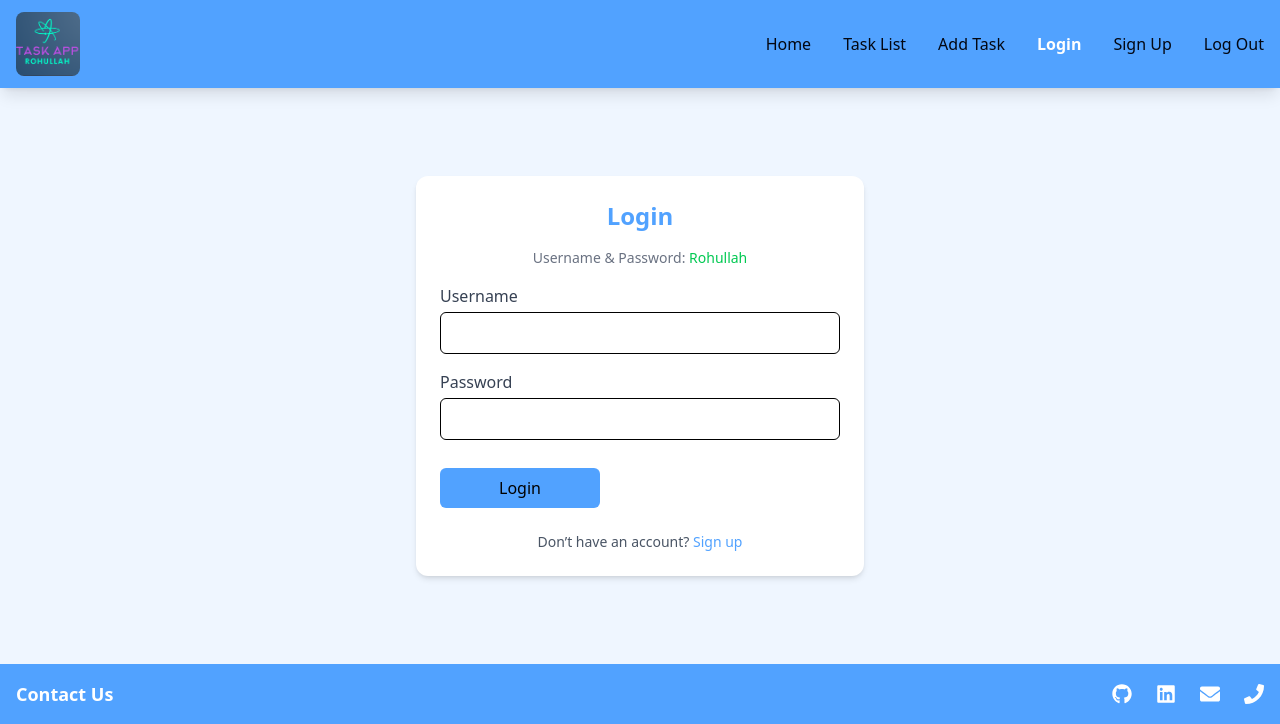
Repository: Rohullah-Noori/TaskApp
Page: /
An editor plug-in stored every save of this project. The page is shown before and after the next save, followed by the edit.
The browser window is 1280 px wide. The pictures show the whole page.
The project was rebuilt for these pictures with package versions that can differ from the ones it lists, and the page was loaded fresh each time. Also part of the build but not shown: vite.config.js, src/components/Loader.jsx, src/pages/Landing.jsx, src/pages/Home.jsx, src/pages/Signup.jsx, src/pages/Addtask.jsx, src/pages/Edittask.jsx, src/pages/Errorpage.jsx and 1 more.

Above is the page before, as saved 2025-06-23 10:52:29.

### src/index.css
@import "tailwindcss";

.input {
  @apply border-3 border-blue-200 focus:outline-blue-500 w-full rounded-md p-1;
}

.containerForm {
  @apply flex items-center justify-center  p-10 h-[90%] bg-blue-100 flex-grow overflow-y-auto;
}
.parentContainerForm {
  @apply max-w-md bg-white p-8 rounded-lg shadow-lg w-[90%];
}

.heading {
  @apply text-xl sm:text-2xl md:text-3xl font-bold mb-6 text-gray-800 text-center p-1 md:p-4;
}

.taskContainer {
  @apply bg-blue-100 lg:h-full min-h-107 justify-center flex;
}
.taskinnerContainer {
  @apply mt-10 text-center h-[90%]  shadow-lg bg-amber-50  rounded-xl p-10  max-w-md w-full;
}

.btndesign {
  @apply mt-3 cursor-pointer rounded-md py-2 mb-2 w-[50%] text-wrap sm:w-40 bg-blue-400  hover:bg-blue-500 hover:text-white;
}

### src/App.jsx
import { TasksProvider } from "./components/TaskContext";
import { BrowserRouter as Router, Routes, Route } from "react-router-dom";
import PrivateRoute from "./components/PrivateRoute";
import { AuthProvider } from "./components/PrivateContext";
import Landing from "./pages/Landing";
import Home from "./pages/Home";
import Login from "./pages/Login";
import Signup from "./pages/Signup";
import Addtask from "./pages/Addtask";
import Edittask from "./pages/Edittask";
import Errorpage from "./pages/Errorpage";
import Logout from "./pages/Logout";

function App() {
  return (
    <>
      <Router>
        <AuthProvider>
          <TasksProvider>
            <Routes>
              <Route path="/" element={<PrivateRoute />}>
                <Route index element={<Landing />} />
                <Route path="/addtask" element={<Addtask />} />
                <Route path="/home" element={<Home />} />
                <Route path="/edit-task/:taskId" element={<Edittask />} />
              </Route>

              <Route path="/login" element={<Login />} />

              <Route path="/signup" element={<Signup />} />
              <Route path="/logout" element={<Logout />} />

              <Route path="/*" element={<Errorpage />} />
            </Routes>
          </TasksProvider>
        </AuthProvider>
      </Router>
    </>
  );
}

export default App;

### src/components/TaskContext.jsx
import { createContext, useContext, useState } from "react";

const TaskContext = createContext();
export const TasksProvider = ({ children }) => {
  const [tasks, setTasks] = useState([]);
  const [loading, setIsloading] = useState(false);
  const addtask = (newtask) => {
    setTasks((prevtask) => [...prevtask, newtask]);
  };

  const updateTask = (taskId, taskdata) => {
    setTasks((prevtask) =>
      prevtask.map((task) =>
        task.id === Number(taskId)
          ? {
              ...task,
              title: taskdata.title,
              startTime: taskdata.startTime,
              endTime: taskdata.endTime,
            }
          : task
      )
    );
  };

  return (
    <TaskContext.Provider
      value={{
        tasks,
        addtask,
        setTasks,
        loading,
        setIsloading,
        updateTask,
      }}
    >
      {children}
    </TaskContext.Provider>
  );
};

export const useTasks = () => useContext(TaskContext);

### src/components/PrivateRoute.jsx
import { Navigate, Outlet } from "react-router-dom";
import { useAuth } from "./PrivateContext";

export default function PrivateRoute() {
  const { islogin } = useAuth();
  return islogin ? <Outlet /> : <Navigate to="/login" />;
}

### src/components/PrivateContext.jsx
import { createContext, useContext, useEffect, useState } from "react";
import { useNavigate } from "react-router-dom";

const AuthContext = createContext();
export const AuthProvider = ({ children }) => {
  const [islogin, setIslogin] = useState(() => {
    return localStorage.getItem("islogin") === "true" ? true : false;
  });
  const navigate = useNavigate();

  useEffect(
    function () {
      localStorage.setItem("islogin", JSON.stringify(islogin));
    },

    [islogin]
  );

  const login = () => {
    setIslogin(true);
    navigate("/");
  };

  const logout = () => {
    setIslogin(false);
    navigate("/login");
  };

  return (
    <AuthContext.Provider value={{ login, logout, islogin }}>
      {children}
    </AuthContext.Provider>
  );
};

export const useAuth = () => useContext(AuthContext);

### src/pages/Login.jsx
import Navbar from "../components/Navbar";
import { useState } from "react";
import { Link } from "react-router-dom";
import Loader from "../components/Loader";
import Button from "../components/Button";
import { useAuth } from "../components/PrivateContext";
import Footer from "../components/Footer";

function Login() {
  const [message, setMessage] = useState("");
  const [loading, setIsloading] = useState(false);
  const [password, setPassword] = useState("");
  const [username, setUsername] = useState("");
  const { login } = useAuth();

  const validUsername = "Rohullah";
  const validPassword = "Rohullah";

  function handleSubmit(e) {
    e.preventDefault();
    setIsloading(true);
    setMessage("");

    if (username === validUsername && password === validPassword) {
      setTimeout(() => {
        setIsloading(false);
        setMessage("Login successfully");
        login();
      }, 1000);
    } else {
      setTimeout(() => {
        setMessage("Invalid username or password");
        setIsloading(false);
      }, 700);
    }
  }

  return (
    <>
      <Navbar />
      <main className="min-h-[80vh] flex justify-center items-center bg-blue-50 px-4">
        <div className="w-full max-w-md bg-white rounded-xl shadow-md p-6">
          <h2 className="text-2xl font-bold text-center text-blue-400 mb-4">
            Login
          </h2>

          <p className="text-sm text-gray-500 text-center mb-4">
            Username & Password:{" "}
            <span className="text-green-500 font-medium">Rohullah</span>
          </p>

          {loading && <Loader />}
          {message && (
            <div
              className={`text-sm px-4 py-2 rounded-md border mb-4 ${
                message === "Login successfully"
                  ? "bg-green-100 text-green-700 border-green-400"
                  : "bg-red-100 text-red-700 border-red-400"
              }`}
            >
              {message}
            </div>
          )}

          <form onSubmit={handleSubmit} className="space-y-4">
            <div>
              <label
                htmlFor="username"
                className="block text-gray-700 font-medium mb-1"
              >
                Username
              </label>
              <input
                type="text"
                id="username"
                value={username}
                onChange={(e) => setUsername(e.target.value)}
                className="w-full px-4 py-2 border rounded-md focus:outline-none focus:ring-2 focus:ring-blue-400"
              />
            </div>

            <div>
              <label
                htmlFor="password"
                className="block text-gray-700 font-medium mb-1"
              >
                Password
              </label>
              <input
                type="password"
                id="password"
                value={password}
                onChange={(e) => setPassword(e.target.value)}
                className="w-full px-4 py-2 border rounded-md focus:outline-none focus:ring-2 focus:ring-blue-400"
              />
            </div>

            <Button type="submit" className="w-full">
              Login
            </Button>
          </form>

          <p className="mt-4 text-center text-sm text-gray-600">
            Don’t have an account?{" "}
            <Link to="/signup" className="text-blue-400 hover:underline">
              Sign up
            </Link>
          </p>
        </div>
      </main>
      <Footer />
    </>
  );
}

export default Login;

### src/components/Button.jsx
function Button({ children, onClick, disabled }) {
  return (
    <button onClick={onClick} disabled={disabled} className="btndesign">
      {children}
    </button>
  );
}

export default Button;

### src/components/Navbar.jsx
import { Link, useLocation } from "react-router-dom";
import { useState } from "react";

const navItems = [
  { path: "/", label: "Home" },
  { path: "/home", label: "Task List" },
  { path: "/addtask", label: "Add Task" },

  { path: "/login", label: "Login" },
  { path: "/signup", label: "Sign Up" },
  { path: "/logout", label: "Log Out" },
];

function Navbar() {
  const location = useLocation();
  const [open, setOpen] = useState(false);

  const toggleMenu = () => setOpen(!open);

  return (
    <nav className="bg-blue-400 shadow-lg sticky top-0 z-50">
      <div className="flex items-center justify-between px-4 py-3">
        <div className="w-16 h-16">
          <img
            src="../src/assets/logo/Capture.PNG"
            alt="Logo"
            className="rounded-lg object-cover w-full h-full"
          />
        </div>

        <div className="lg:hidden">
          <button
            onClick={toggleMenu}
            className="text-white focus:outline-none"
          >
            <svg
              xmlns="http://www.w3.org/2000/svg"
              className="w-6 h-6"
              fill="none"
              viewBox="0 0 24 24"
              stroke="currentColor"
            >
              <path
                strokeLinecap="round"
                strokeLinejoin="round"
                strokeWidth="2"
                d="M4 6h16M4 12h16M4 18h16"
              />
            </svg>
          </button>
        </div>

        <ul className="hidden lg:flex space-x-8">
          {navItems.map((item) => (
            <li key={item.path}>
              <Link
                to={item.path}
                className={`transition duration-200 hover:text-amber-50 ${
                  location.pathname === item.path
                    ? "text-white font-bold"
                    : "text-gray-950"
                }`}
              >
                {item.label}
              </Link>
            </li>
          ))}
        </ul>
      </div>

      {open && (
        <div className="lg:hidden px-4 pb-4">
          <ul className="flex flex-col space-y-3 bg-blue-400 rounded-md py-2 px-3">
            {navItems.map((item) => (
              <li key={item.path}>
                <Link
                  to={item.path}
                  onClick={() => setOpen(false)}
                  className={`block w-full transition duration-200 hover:text-amber-50 ${
                    location.pathname === item.path
                      ? "text-white font-bold"
                      : "text-gray-950"
                  }`}
                >
                  {item.label}
                </Link>
              </li>
            ))}
          </ul>
        </div>
      )}
    </nav>
  );
}

export default Navbar;

### src/components/Footer.jsx
import { FaGithub, FaLinkedin, FaEnvelope, FaPhone } from "react-icons/fa";

function Footer() {
  return (
    <footer className="bg-blue-400 text-white py-4 w-full">
      <div className="container mx-auto px-4 flex flex-col md:flex-row items-center justify-between space-y-4 md:space-y-0">
        <h1 className="text-lg font-semibold">Contact Us</h1>

        <div className="flex items-center space-x-6 text-xl">
          <a
            href="https://github.com/Rohullah-Noori"
            target="_blank"
            rel="noopener noreferrer"
            className="hover:text-gray-300 transition"
          >
            <FaGithub />
          </a>
          <a
            href="https://linkedin.com"
            target="_blank"
            rel="noopener noreferrer"
            className="hover:text-gray-300 transition"
          >
            <FaLinkedin />
          </a>
          <a
            href="mailto:rohullah313noori313@gmail.com"
            className="hover:text-gray-300 transition"
          >
            <FaEnvelope />
          </a>
          <a href="tel:+93731142295" className="hover:text-gray-300 transition">
            <FaPhone />
          </a>
        </div>
      </div>
    </footer>
  );
}

export default Footer;

Loaded but not shown: index.html (common file); src/main.jsx (common file)

After the next save:
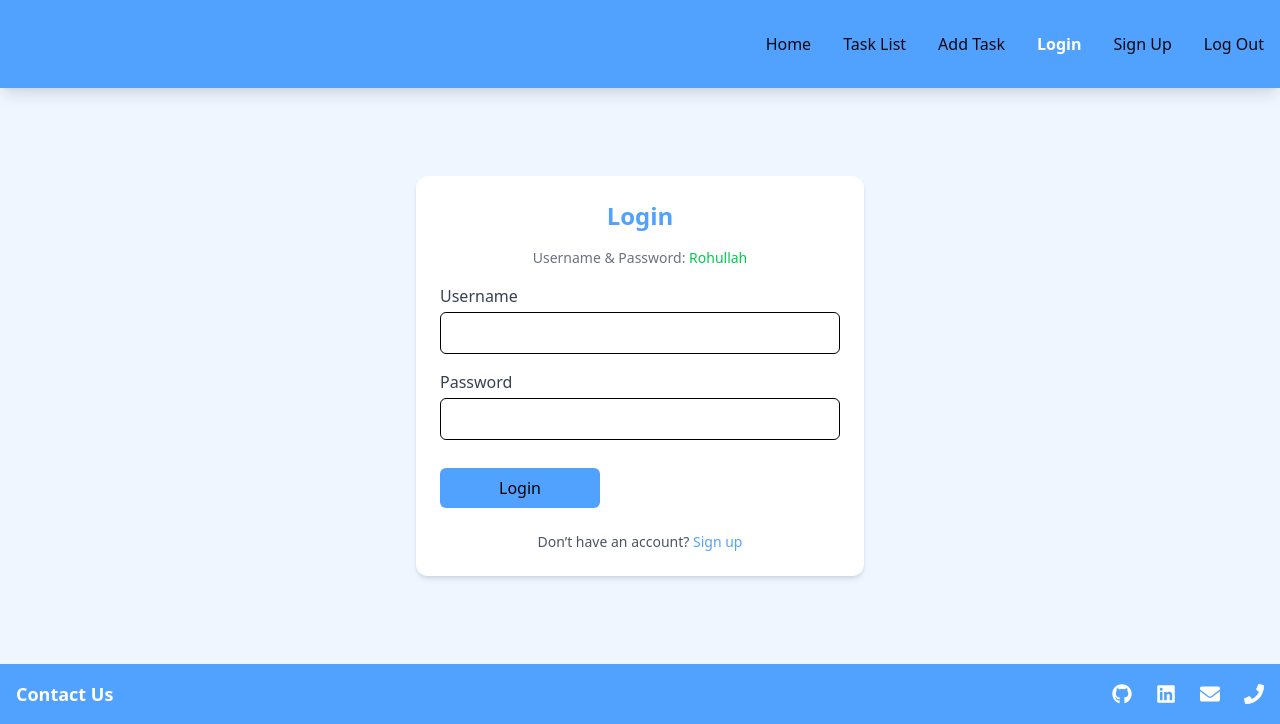
Saved 25 s later.
--- a/src/components/Navbar.jsx
+++ b/src/components/Navbar.jsx
@@ -20,13 +20,7 @@ function Navbar() {
   return (
     <nav className="bg-blue-400 shadow-lg sticky top-0 z-50">
       <div className="flex items-center justify-between px-4 py-3">
-        <div className="w-16 h-16">
-          <img
-            src="../src/assets/logo/Capture.PNG"
-            alt="Logo"
-            className="rounded-lg object-cover w-full h-full"
-          />
-        </div>
+        <div className="w-16 h-16"></div>
 
         <div className="lg:hidden">
           <button
